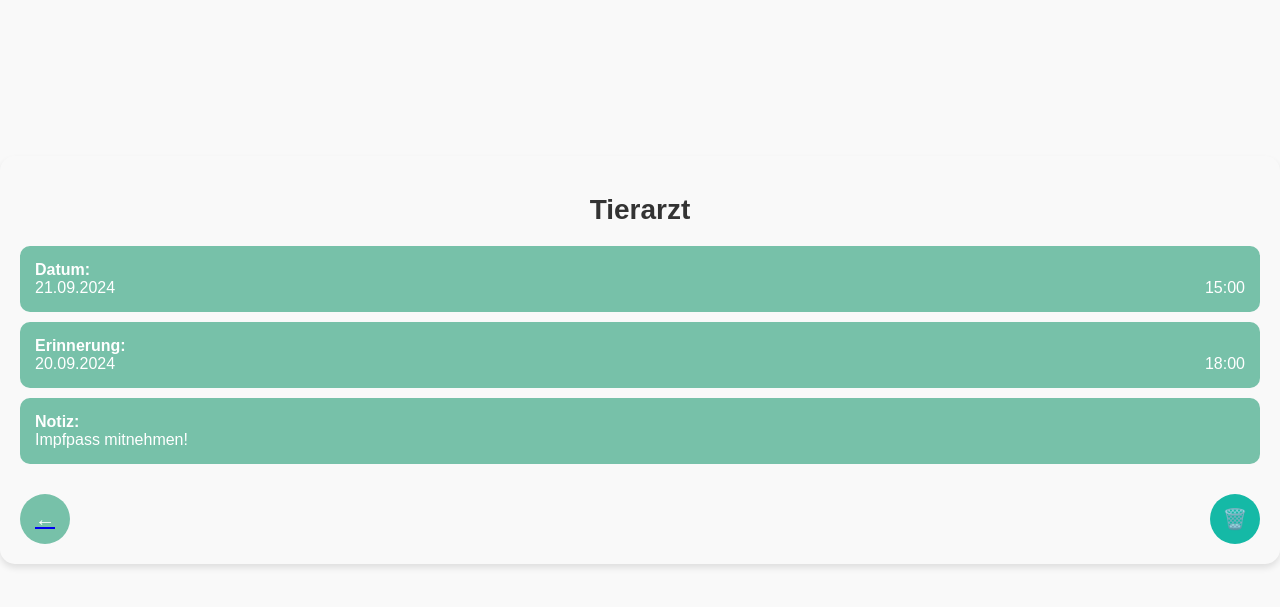
Repository: jakemoes/Pet-Tracker
Page: PWA/apppointmentDetails.html
The author's editor kept a copy of each file at every save. The page is drawn from the files as they stood at one save, then again after the next save.
The browser window is 1280 px wide. The pictures show the whole page.

Above is the page before, as saved 2024-12-07 03:40:45.

### PWA/apppointmentDetails.html
<!DOCTYPE html>
<html lang="de">
<head>
    <meta charset="UTF-8">
    <meta name="viewport" content="width=device-width, initial-scale=1.0">
    <link rel="stylesheet" href="appointmentDetails.css">
    <title>Tierarzttermin</title>
</head>
<body>
    <div class="details-container">
        <h1>Tierarzt</h1>

        <div class="entry">
            <div class="detail">
                <p><strong>Datum:</strong></p>
                <p>21.09.2024 <span class="time">15:00</span></p>
            </div>
            <div class="detail">
                <p><strong>Erinnerung:</strong></p>
                <p>20.09.2024 <span class="time">18:00</span></p>
            </div>
            <div class="detail">
                <p><strong>Notiz:</strong></p>
                <p>Impfpass mitnehmen!</p>
            </div>
        </div>

        <div class="button-container">
            <!-- Zurück-Button -->
            <a href="appointment.html" class="back-btn">
                <button type="button"><span>&larr;</span></button>
            </a>

            <!-- Löschen-Button -->
            <button type="button" class="delete-btn" >
                🗑️
            </button>
        </div>
    </div>

</body>
</html>

### PWA/appointmentDetails.css
body {
    font-family: Arial, sans-serif;
    margin: 0;
    padding: 0;
    background-color: #f9f9f9;
    display: flex;
    justify-content: center;
    align-items: center;
    height: 100vh;
}

.details-container {
    width: 100%;
    max-width: none;
    background-color: transparent;
    padding: 20px;
    border-radius: 15px;
    box-shadow: 0 4px 6px rgba(0, 0, 0, 0.1);
    text-align: center;
}

h1 {
    font-size: 28px;
    color: #333;
    margin-bottom: 20px;
}

.entry {
    margin-bottom: 30px;
}

.detail {
    background-color: #77c1a9;
    padding: 15px;
    border-radius: 10px;
    margin-bottom: 10px;
    text-align: left;
    color: #ffffff;
}

.detail p {
    margin: 0;
    font-size: 16px;
}

.time {
    float: right;
}

.button-container {
    display: flex;
    justify-content: space-between;
    margin-top: 20px;
}

.back-btn button, .delete-btn {
    width: 50px;
    height: 50px;
    border-radius: 50%;
    border: none;
    background-color: #77c1a9;
    color: white;
    font-size: 20px;
    cursor: pointer;
    display: flex;
    justify-content: center;
    align-items: center;
}

.delete-btn {
    background-color: #15b9a6;
}

.delete-btn img {
    width: 20px;
    height: 20px;
}

.back-btn button:hover {
    background-color: #66b398;
}

.delete-btn:hover {
    background-color: #d32f2f;
}

After the next save:
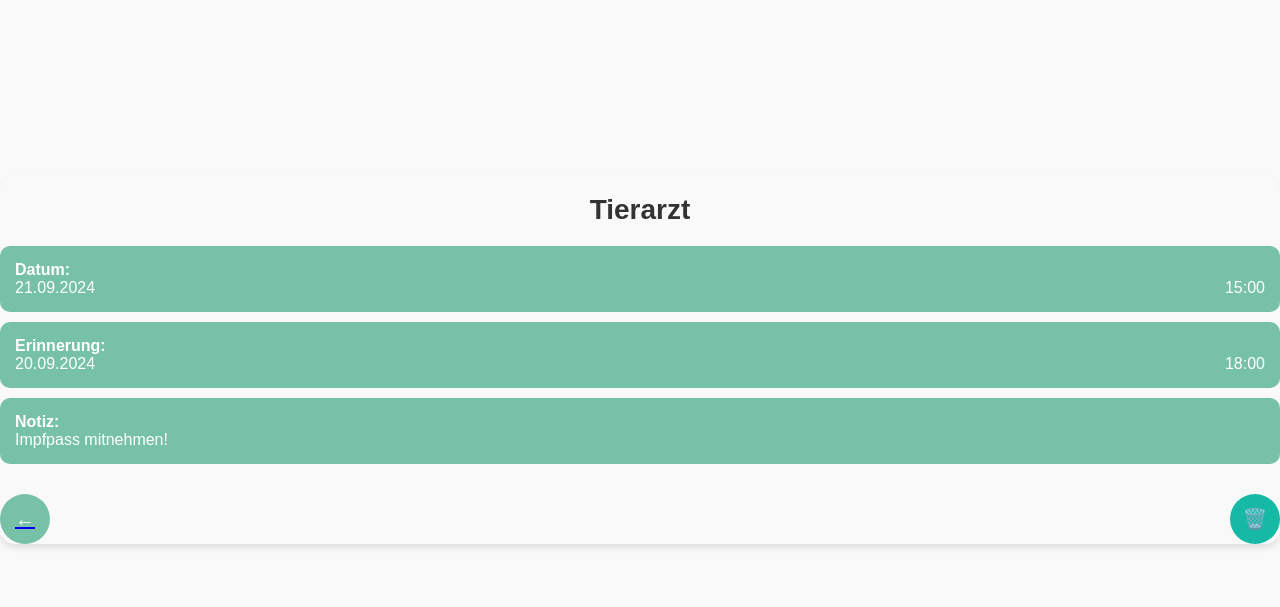
Saved 5 s later.
--- a/PWA/appointmentDetails.css
+++ b/PWA/appointmentDetails.css
@@ -13,7 +13,7 @@ body {
     width: 100%;
     max-width: none;
     background-color: transparent;
-    padding: 20px;
+    padding: 0;
     border-radius: 15px;
     box-shadow: 0 4px 6px rgba(0, 0, 0, 0.1);
     text-align: center;
